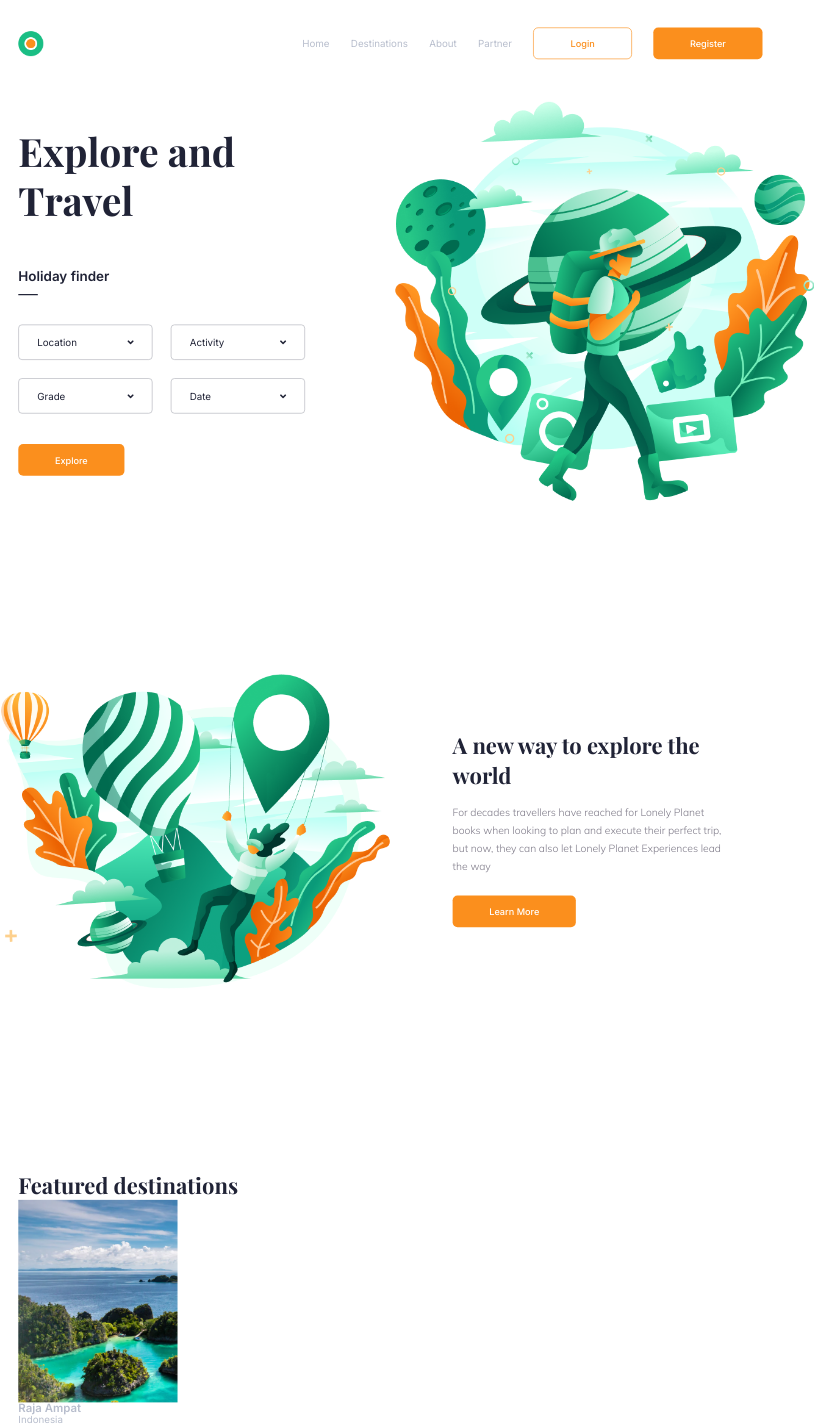
Repository: long5122000/sunny
Page: index.html
These files come from the project's save history. The page is drawn as it stood at one moment and after the next save; the edit follows.
The browser window is 1280 px wide. The page is 1335 px wide, so the pictures cover 1335 px, including what lies to the right of the window. The pictures show the whole page, at 61% of full size.
The style sheet was rebuilt from its Sass, Less or Tailwind sources for each picture, by a compiler version that may differ from the author's.

Above is the page before, as saved 2021-11-24 22:11:00.

After the next save:
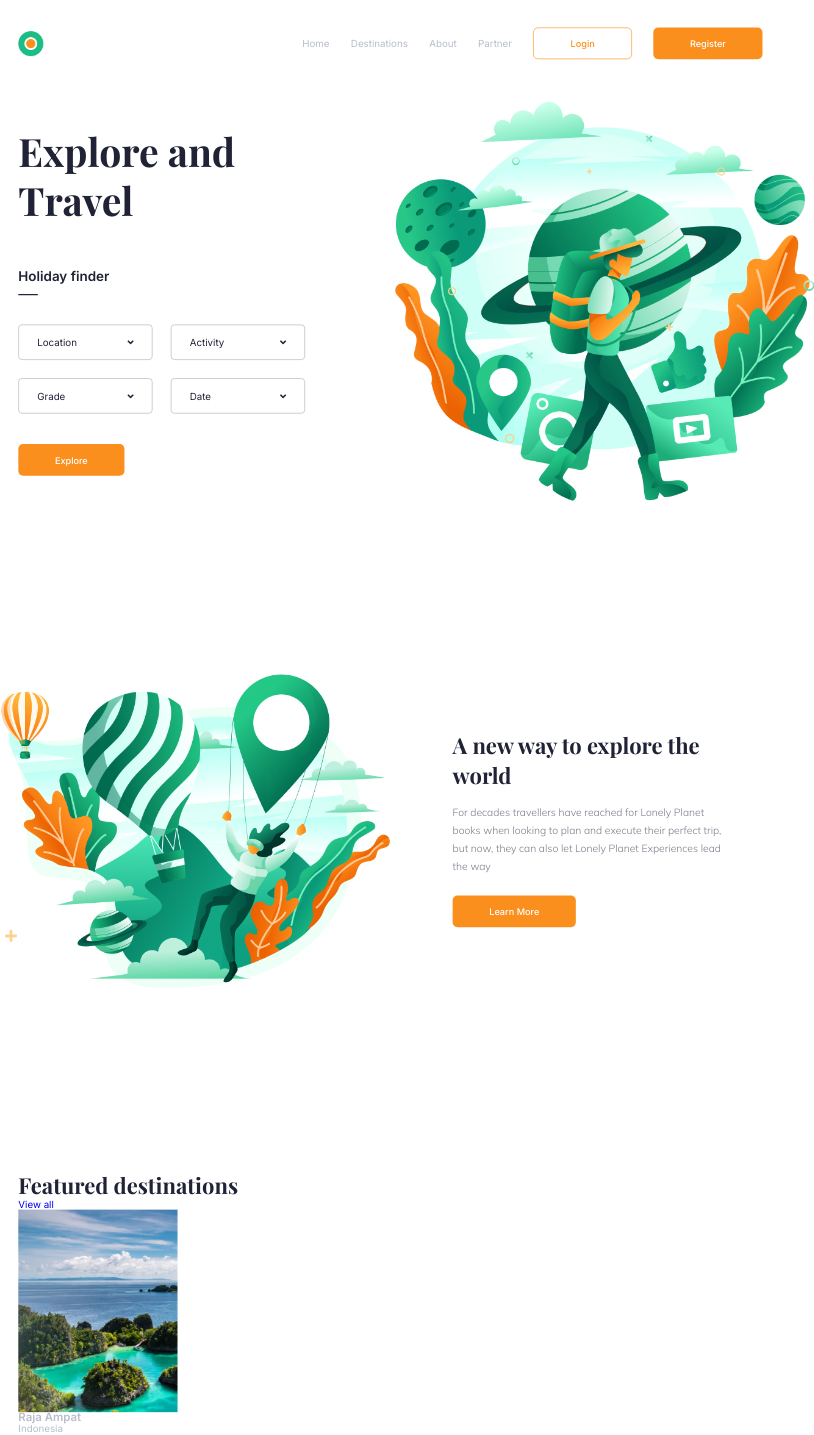
Saved 66 s later.
--- a/index.html
+++ b/index.html
@@ -133,6 +133,7 @@
           <div class="container">
             <div class="destination-header">
               <h2 class="heading heading--small">Featured destinations</h2>
+              <a href="#!" class="destination-more">View all</a>
             </div>
             <div class="destination-list">
               <div class="destination-item">
